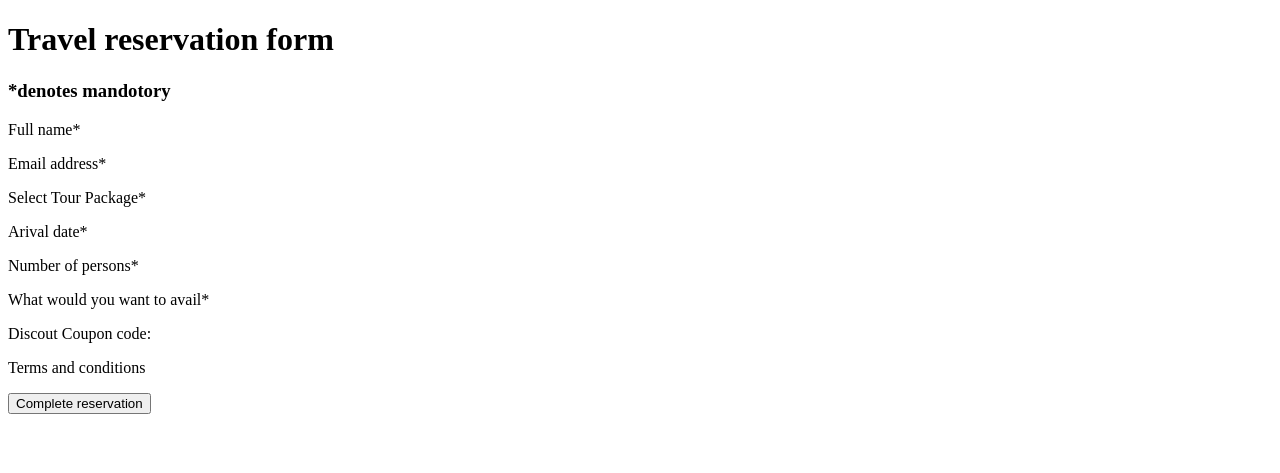
Repository: PhamChiXuan1/HTCNW_tuan3_DHCNTT16C_PhamChiXuan_20030131
Page: bt16.html
An editor plug-in stored every save of this project. The page is shown before and after the next save, followed by the edit.
The browser window is 1280 px wide. The pictures show the whole page.

Above is the page before, as saved 2022-02-27 23:30:45.

After the next save:
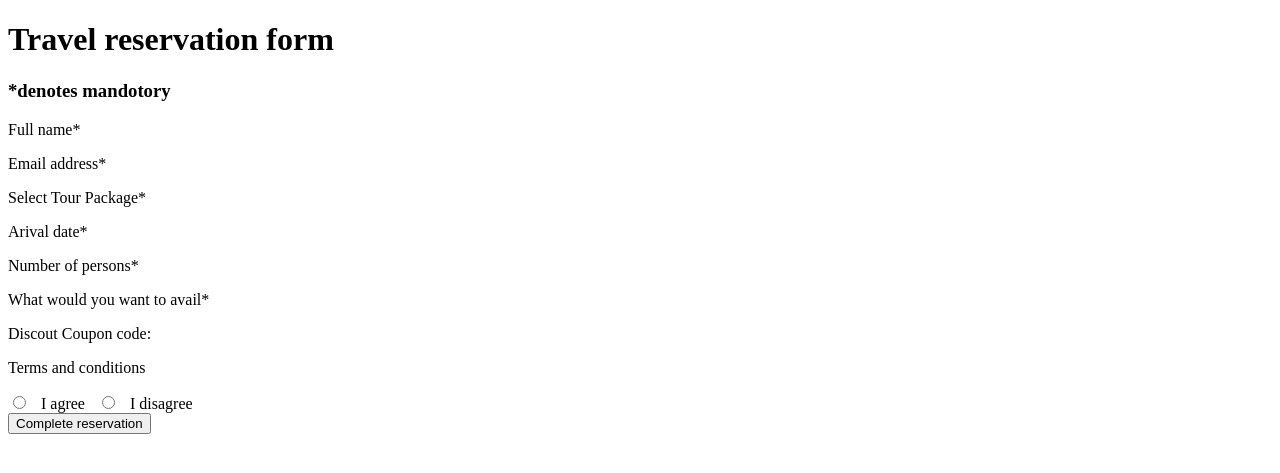
Saved 93 s later.
--- a/bt16.html
+++ b/bt16.html
@@ -17,6 +17,10 @@
     <P>What would you want to avail*</P>
     <P>Discout Coupon code:</P>
     <P>Terms and conditions</P>
+    <input type="radio" id="" name="" value="">
+    <label for="I agree">I agree</label>
+    <input type="radio" id="" name="" value="">
+    <label for="I disagree">I disagree</label><br>
     <form>
         <input type="submit" value="Complete reservation">
     </form>
